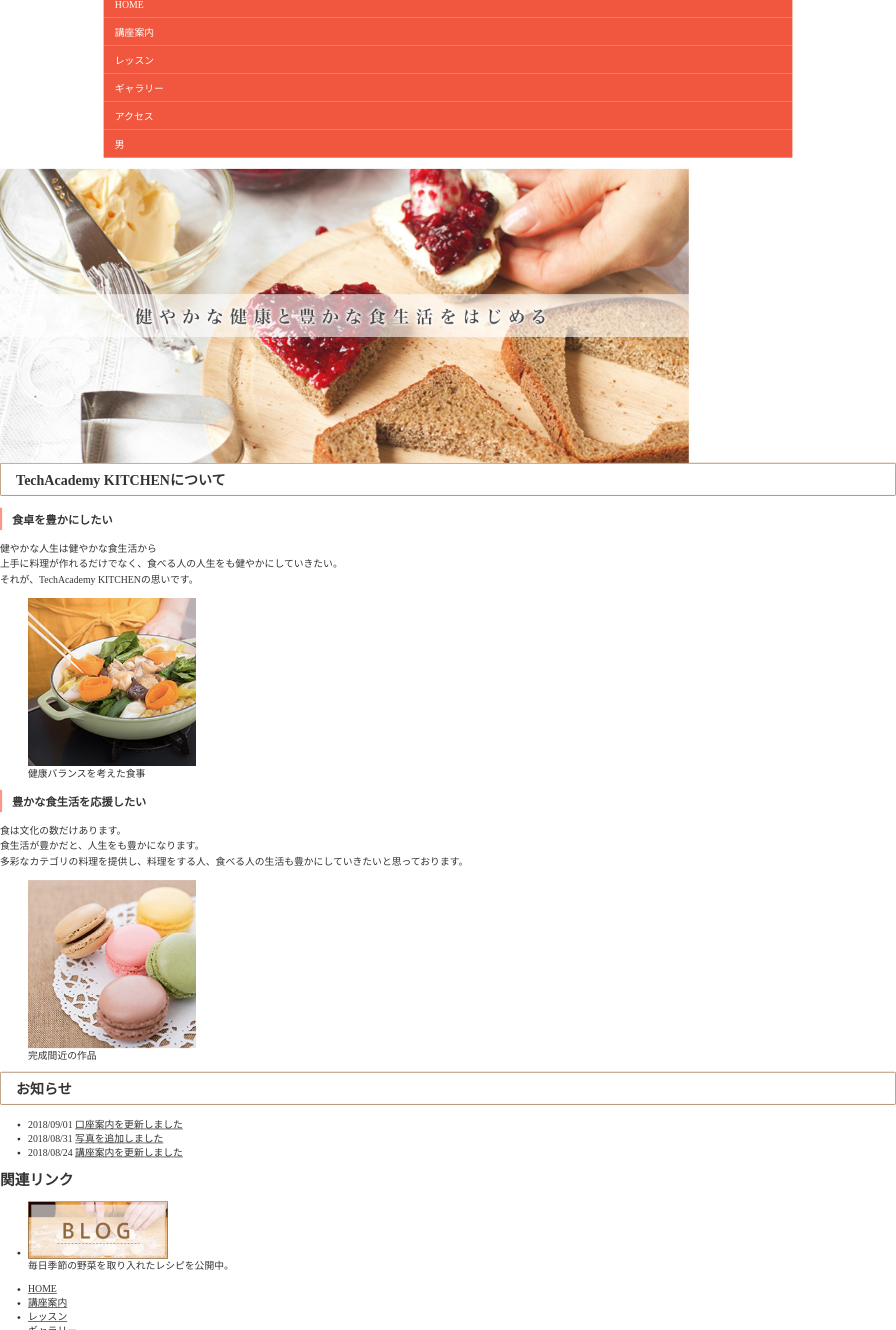
Repository: taekowithrowgit/frontend
Page: environment/html_css/kitchen.html
The author's editor kept a record of every edit. The page is drawn from the files as they stood at one moment, then again after the next edit.
The browser window is 1280 px wide. The pictures show the part of the page from y = 325 to 2225 px (the page is 2306 px tall before and 2190 px after), at 70% of full size.
A picture or video elsewhere on the page could not be fetched, so the positions and the page height are approximate.

Above is the page before.

### environment/html_css/kitchen.html
<!DOCTYPE html>
<html lang ="ja">
    <head>
        <meta charset ="UTF-8">
        <title>TechAcademy KITCHEN</title>
        <link rel="stylesheet" href="kitchen.css">
    </head>
    <body>

        <!----ここからヘッダー-->
        <header>
         <h1><a href="kitchen.html"><img src="images_kitchen/logo.png" alt="TechAcademy KITCHEN"></a></h1>
         <nav id ="global_navi">
             <ul>
                 <li class ="current"><a href="kitchen.html">HOME</a></li>
                 <li><a href="course.html">講座案内</a></li>
                 <li><a href="lesson.html">レッスン</a></li>
                 <li><a href=#gallery.html>ギャラリー</a></li>
                 <li><a href="access.html">アクセス</a></li>
                 <li><a href="contact.html">男</a></li>
             </ul>
         </nav>
        </header>
        <!----ここまでヘッダー-->
        <!----ここからメインビジュアル-->
        <div id="main_visual">
            <img src="images_kitchen/main_visual.jpg" alt="健やかな健康と豊かな食生活をはじめる">
        </div>
        <!----メインビジュアル画像ここまで-->
        <!----wrapper-->
        <div id="wrapper">
            <!----ここからメイン-->
            <div id= "main">
                <section>
                    <h2>TechAcademy KITCHENについて</h2>
                    <section>
                        <h3>食卓を豊かにしたい</h3>
                        <div class="point">
                            <p>
                                健やかな人生は健やかな食生活から<br>
                                上手に料理が作れるだけでなく、食べる人の人生をも健やかにしていきたい。<br>
                                それが、TechAcademy KITCHENの思いです。<br>
                            </p>
                            <figure>
                                <img src="images_kitchen/photo01.jpg" alt="TechAcademy KITCHENについて1">
                                <figcaption>健康バランスを考えた食事</figcaption>
                            </figure>
                        </section>
                    <section>
                        <h3>豊かな食生活を応援したい</h3>
                        <div class="point">
                            <p>
                                食は文化の数だけあります。<br>
                                食生活が豊かだと、人生をも豊かになります。 <br>
                                多彩なカテゴリの料理を提供し、料理をする人、食べる人の生活も豊かにしていきたいと思っております。
                            </p>
                            <figure>
                                <img src="images_kitchen/photo02.jpg" alt="TechAcademy KITCHENについて2">
                                <figcaption>完成間近の作品</figcaption>
                            </figure>
                        </div>
                    </section>
                    <section id="news">
                        <h2>お知らせ</h2>
                        <ul>
                            <li>
                                <span>2018/09/01</span>
                                <a href="couse.html">口座案内を更新しました</a>
                            </li>
                            <li>
                                <span>2018/08/31</span>
                                <a href="gallery.html">写真を追加しました</a>
                            </li>
                            <li>
                                <span>2018/08/24</span>
                                <a href="course.html">講座案内を更新しました</a>
                            </li>
                        </ul>
                    </section>
            </div>
            <!----ここまでメイン-->
            <!----ここからサイド-->
            <aside id ="sidebar">
                <section id="side_banner">
                    <h2>関連リンク</h2>
                    <ul>
                        <li>
                            <a href="https://techacademy.jp/magazine/" target="_blank"><img src="images_kitchen/banner01.jpg" alt="ブログ"></a>
                            <p>毎日季節の野菜を取り入れたレシピを公開中。</p>
                        </li>
                    </ul>
                </section>
            </aside>
            <!----サイドここまで-->


        </div>

        <!----wrapperここまで-->
        <!----フッター-->
        <footer>
            <div id="fotter_navi">
                <ul>
                    <li><a href="hitchen.html">HOME</a></li>
                    <li><a href="course.html">講座案内</a></li>
                    <li><a href="lesson.html">レッスン</a></li>
                    <li><a href="gallery.html">ギャラリー</a></li>
                    <li><a href="access.html">アクセス</a></li>
                    <li><a href="contact.html">お問い合わせ</a></li>
                </ul>
            </div>
            <small>&copy; 2018 TechAcademy KITCHEN.</small>
        </footer>
        <!----フッターここまで-->
    </body>

</html>

### environment/html_css/lesson2/kitchen.css
@charset "UTF-8";

body {
    margin: 0;
    padding: 0;
    color: #333;
    font-size: 14px;
}

a {
    color: #333;
}

a:visited {
    color: #333;
}

a:hover {
    color: #333;
    font-weight: 700;
    text-decoration: none;
}

h1,h2,h3,h4,h5,h6 {
    margin-top: 0;
}

p {
    margin-top: 0;
    line-height: 1.6;
}

img {
    vertical-align: bottom;
}

#main h2{
    background: #fff;
    font-size: 20px;
    padding: 8px 22px;
    border-radius: 2px;
    border: 1px solid #956840;
}

#main h3 {
    font-size: 16px;
    border-left: solid 3px #fa9786;
    padding: 4px 9px 4px 14px;
}

header{
    width: 984px;
    margin: 0 auto;
}

header h1 {
    margin: 5px 0 10px;
}

#global_navi {
    margin-bottom: 16px;
}

#global_navi ul {
    list-style: none;
    margin: 0;
    padding: 0;
}

#global_navi ul li a {
    display: block;
    padding: 10px 16px;
    background-color: #f0573e;
    color: #fff;
    text-decoration: none;
    transition: background-color .2s linear;
}

After the next edit:
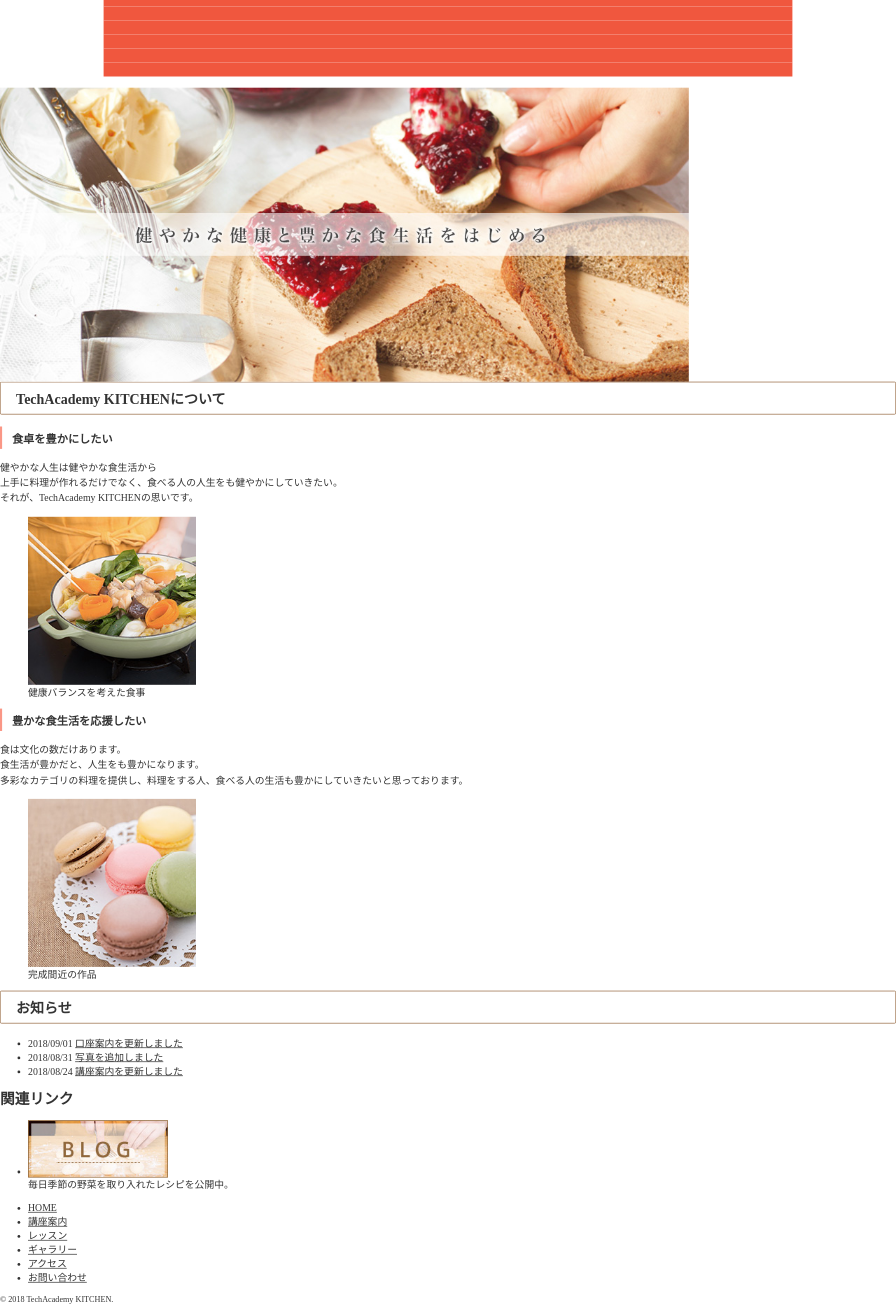
The edit:
--- a/environment/html_css/lesson2/kitchen.css
+++ b/environment/html_css/lesson2/kitchen.css
@@ -62,6 +62,7 @@
 }
 
 #global_navi ul {
+    font-size: 0;  /* 半角スペース削除 */
     list-style: none;
     margin: 0;
     padding: 0;
